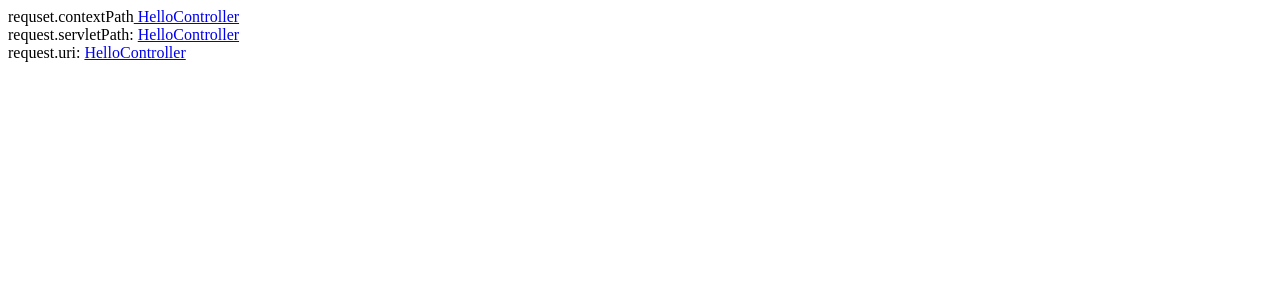
Repository: JunhaPark96/springBoard_maven
Page: http://localhost/springmvc/
An editor plug-in stored every save of this project. The page is shown before and after the next save, followed by the edit.
The browser window is 1280 px wide. The pictures show the whole page.
The page is served by Tomcat 9. Nobody is signed in. The application's start-up code is not run. Other server files are loaded and not shown.

Above is the page before, as saved 2023-08-21 07:49:46.

### springmvc/src/main/webapp/index.jsp
<%@ page language="java" contentType="text/html; charset=UTF-8"
    pageEncoding="UTF-8"%>
<!DOCTYPE html>
<html>
<head>
<meta charset="UTF-8">
<title>Insert title here</title>
</head>
<body>
	<!-- request.uri - springmvc/hello/hello -->
	<!-- request.contextPath - springmvc -->
	<!-- request.servletPath - hello/hello -->
	<%-- <a href="<%=request.getContextPath()%>/hello/h1"> HelloController </a> --%>
	requset.contextPath<a href="${pageContext.request.contextPath}/hello/h1"> HelloController </a><br>
	request.servletPath: <a href="${pageContext.request.servletPath}/hello/h1"> HelloController </a><br>
	request.uri: <a href="${pageContext.request.requestURI}/hello/h1"> HelloController </a><br>

</body>
</html>

After the next save:
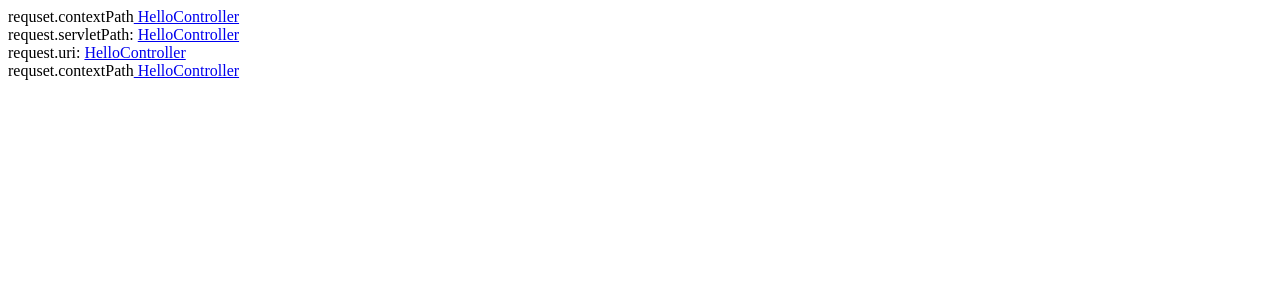
Saved 85 s later.
--- a/springmvc/src/main/webapp/index.jsp
+++ b/springmvc/src/main/webapp/index.jsp
@@ -15,5 +15,6 @@
 	request.servletPath: <a href="${pageContext.request.servletPath}/hello/h1"> HelloController </a><br>
 	request.uri: <a href="${pageContext.request.requestURI}/hello/h1"> HelloController </a><br>
 
+	requset.contextPath<a href="${pageContext.request.contextPath}/hello/h1"> HelloController </a><br>
 </body>
 </html>
